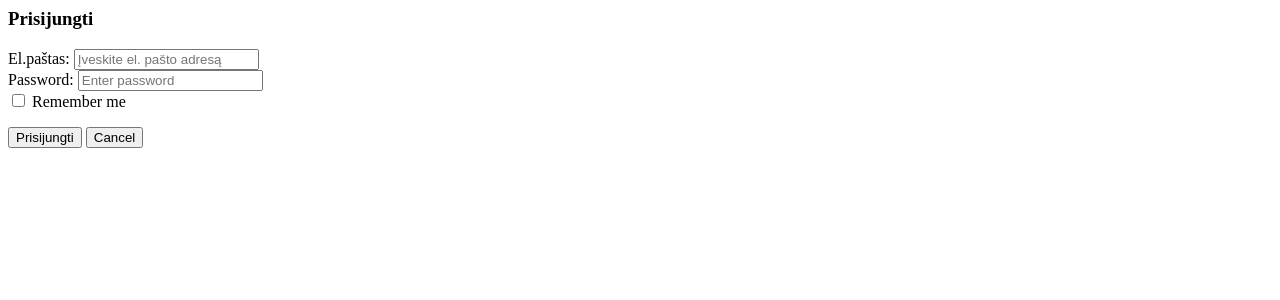
Repository: Skaidrius/Blogas
Page: partials/login.html
The author's editor kept a record of every edit. The page is drawn from the files as they stood at one moment, then again after the next edit.
The browser window is 1280 px wide. The pictures show the whole page.

Above is the page before.

After the next edit:
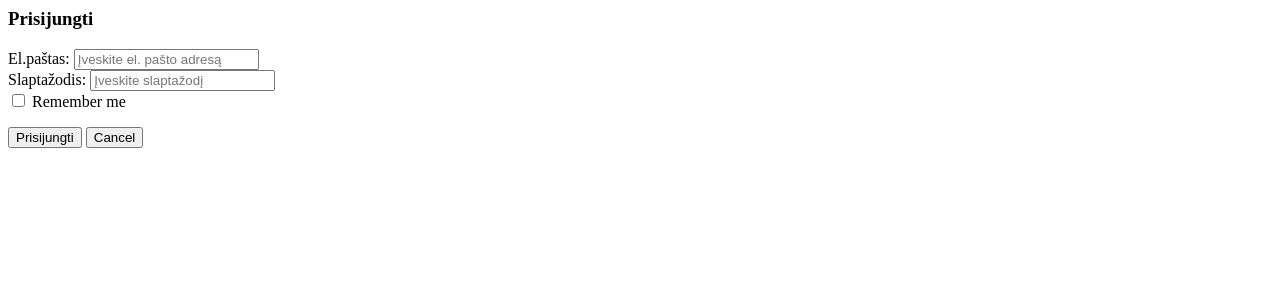
The edit:
--- a/partials/login.html
+++ b/partials/login.html
@@ -7,8 +7,8 @@
             <input type="email" class="form-control" id="email" placeholder="Įveskite el. pašto adresą">
         </div>
         <div class="form-group">
-            <label for="pwd">Password:</label>
-            <input type="password" class="form-control" id="pwd" placeholder="Enter password">
+            <label for="pwd">Slaptažodis:</label>
+            <input type="password" class="form-control" id="pwd" placeholder="Įveskite slaptažodį">
         </div>
         <div class="checkbox">
             <label><input type="checkbox"> Remember me</label>
